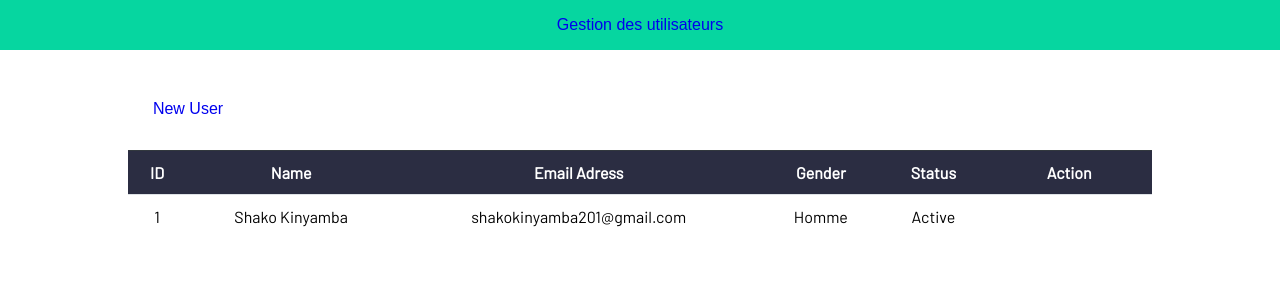
Repository: SKB-TECH/CrudMren
Page: http://localhost/
The author's editor kept a copy of each file at every save. The page is drawn from the files as they stood at one save, then again after the next save.
The browser window is 1280 px wide. The pictures show the whole page.
Some web fonts or font styles are not loaded; a fallback is used. The page is served by the project's Node server (server.js).

Above is the page before, as saved 2022-10-11 14:42:57.

### views/index.ejs
<!-- Includ header -->
    <%- include('./include/_header') %>
<!-- /included header -->
    <main id="site-main">
        <div class="container">
            <div class="box-nav d-flex-justify=between ">
                <a href="/add-user" class="border-shadow">
                    <span class="text-gradient"><i class="fas fa-user"></i> &nbsp; New User</span>
                </a>
            </div>


            <!-- Form handling -->
            <form action="/" method="POST">
                <table class="table">
                    <thead class="thead-dark">
                        <tr>
                            <th>ID</th>
                            <th>Name</th>
                            <th>Email Adress</th>
                            <th>Gender</th>
                            <th>Status</th>
                            <th>Action</th>
                        </tr>
                    <tbody>
                        <%- include('./include/_show') %>
                    </tbody>
                    </thead>
                </table>
            </form>
            <!-- /Form handling -->
        </div>
    </main>
<!-- Include footer -->
<%- include('./include/_footer') %>
<!-- /included footer-->

### views/include/_header.ejs
<!DOCTYPE html>
<html lang="en">
<head>
    <meta charset="UTF-8">
    <meta http-equiv="X-UA-Compatible" content="IE=edge">
    <meta name="viewport" content="width=device-width, initial-scale=1.0">
    <link rel="stylesheet" href="css/style.css">
    <title>CRUD APPLICATION</title>
</head>
<body>
    <!-- Header -->
    <header id="header">
        <nav>
            <div class="container">
                <div class="text-center">
                    <a href="/">Gestion des utilisateurs</a>
                </div>
            </div>
        </nav>
    </header>
    <!-- /Header -->

### views/include/_show.ejs
<tr>
    <td>1</td>
    <td>Shako Kinyamba</td>
    <td>shakokinyamba201@gmail.com</td>
    <td>Homme</td>
    <td>Active</td>
    <td>
        <a href="#" class="btn border-shadow update">
            <span class="text-gradient">
                <i class="fas fa-pencil-alt"></i>
            </span>
        </a>

        <a href="#" class="btn border-shadow delete">
            <span class="text-gradient">
                <i class="fas fa-times"></i>
            </span>
        </a>
    </td>
</tr>

### server.js
const express = require('express');
const dotenv = require('dotenv')
const morgan = require('morgan');
const bodyParse = require('body-parser')
const path = require('path');

const app = express();

//appele du dossier contenant notre variable d'environnemet PORT
dotenv.config({ path: "./config.env" })
const PORT = process.env.PORT || 8080

//les i(nfos des requetes
app.use(morgan('tiny'))

//convertion des requete en format Json
app.use(bodyParse.urlencoded({ extended: true }));

// determination du moteur de visualisation ejs sur le projet
app.set('view engine', 'ejs')
//le lien contenant les fichies ej
//app.set('view',path.resolve(__dirname,'/views/ejs'))

//disponibiliser les ressources du sites (style css,img,js)
app.use('/css', express.static(path.resolve(__dirname, './assets/css')))
app.use('/img', express.static(path.resolve(__dirname, './assets/img')))
app.use('/js', express.static(path.resolve(__dirname, './assets/js')))

app.get('/', (req, res) => {
    res.render('index')
})

app.listen(PORT, () => {
    console.log(`Pret au port  http://localhost:${PORT}`);
})

### assets/css/style.css
@import url('https://fonts.googleapis.com/css2?family=Barlow&family=PT+Sans&display=swap');

/* font-family: 'Barlow', sans-serif;
font-family: 'PT Sans', sans-serif; */

:root {
    --dark: #2b2d42;
    --light: #adb5bd;
    --border: #dee2e6;
    --border-btn: #edf2f4
}

* {
    padding: 0;
    margin: 0;
    box-sizing: border-box;
}

a {
    text-decoration: none;
    font-family: 'PT Sans', sans-serif;
}

.container {
    max-width: 1024px;
    margin: auto;
}

.nav-brand {
    font-size: 1.5em;
    font-weight: bold;
}

.d-flex {
    display: flex;
    flex-wrap: wrap;
}

.justify-between {
    justify-content: space-between;
}

.text-center {
    text-align: center;
}

.border-btn {
    border: 1px solid var(--border-btn);
    box-shadow: 1px 3px 10px #e9ecef;
}

.text-dark {
    color: var(--dark);
}

.inline {
    display: inline-block;
}

.text-light {
    color: var(--light)
}

#header nav {
    background-color: #06d6a0;
    padding: 1em 0;
    width: 100%;
}

#site-main {
    margin-top: 3em;
    font-family: 'Barlow', 'Sans-serif';
}

#site-main .container .box-nav>a {
    font-size: 1em;
    padding: 5em 1em;
}

#site-main .container form {
    margin: 2em 0;
}

table {
    border-spacing: 0px;
    width: 100%;
}

.table td,
.table th {
    padding: .75em;
    vertical-align: top;
    text-align: center;
    border-top: 1px solid var(--border);
}

.table td>a.btn {
    padding: 3em 1em;
    font-size: 1.1em;
    margin: 0.2em;
}

.table tr:hover {
    background-color: var(--border);
}

.table td:hover td>a {
    box-shadow: none;
}

.table .thead-dark th {
    color: #fff;
    background-color: var(--dark);
    border-color: #32383e;
}

.form-title {
    margin-top: 2em;
}

.form-title>h2 {
    padding: .5em 0;
}

.new_user {
    max-width: 786px;
    margin: auto;
}

#update_user .form-group,
#add_user .form-group {
    margin: .4em 0;
}

#update_user .form-group input[type="text"],
#add_user .form-group input[type="text"] {
    width: 100%;
    padding: .6em 1em;
    margin: .5em 0;
    border: 1px solid var(--border);
    font-size: 1em;
    font-family: 'Barlow', sans-serif;
    border-radius: .6em;
}

#update_user .form-group .radio,
#add_user .form-group .radio {
    margin: 1em 2em;
}

.radio input[text='radio']+.radio-label:before {
    content: "";
    background: var(--border-btn);
    border-radius: 100%;
    border: 1px solid var(--border);
    display: inline-block;
    width: 1em;
    height: 1em;
    position: relative;
    top: -0em;
    margin-right: .5em;
    vertical-align: top;
    cursor: pointer;
    text-align: center;
    -webkit-transform: all 250ms ease;
    transition: all 250ms ease;
}

.radio input[text='radio']:checked+.radio-label:before {
    background-color: #16db93;
    box-shadow: inset 0 0 0 4px #e9ecef;
}

.radio input[text='radio']:focus+.radio-label:before {
    outline: none;
    border-color: #16db93;
}

#update_user .form-group .btn,
#add_user .form-group .btn {
    width: 100%;
    padding: .7em 1em;
    background-color: #16db93;
    font-family: 'PT Sans', 'Sans serif';
    font-size: 1em;
    cursor: pointer;
    border-radius: .6em;
    margin: .5em 0;
}

#update_user .form-group .btn:hover,
#add_user .form-group .btn:hover {
    background-color: var(--dark);
    color: var(--border)
}

Loaded but not shown: views/include/_footer.ejs (common file)

After the next save:
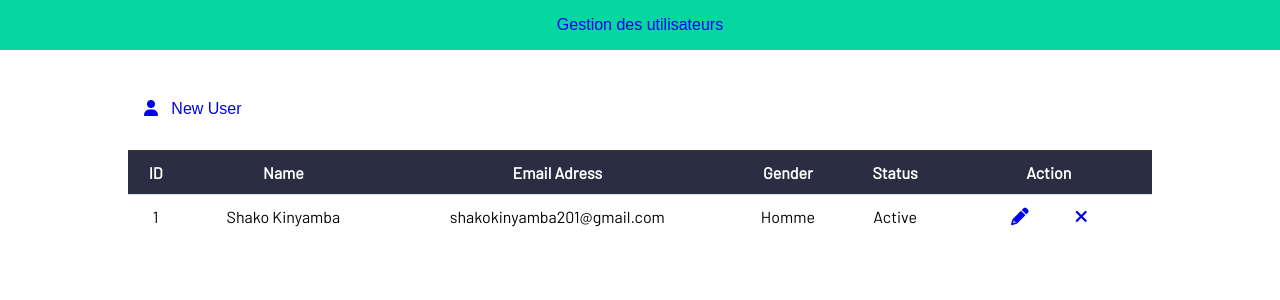
Saved 7 s later.
--- a/views/include/_header.ejs
+++ b/views/include/_header.ejs
@@ -3,6 +3,9 @@
 <head>
     <meta charset="UTF-8">
     <meta http-equiv="X-UA-Compatible" content="IE=edge">
+    <link rel="stylesheet" href="https://cdnjs.cloudflare.com/ajax/libs/font-awesome/6.2.0/css/all.min.css"
+    integrity="sha512-xh6O/CkQoPOWDdYTDqeRdPCVd1SpvCA9XXcUnZS2FmJNp1coAFzvtCN9BmamE+4aHK8yyUHUSCcJHgXloTyT2A=="
+    crossorigin="anonymous" referrerpolicy="no-referrer" />
     <meta name="viewport" content="width=device-width, initial-scale=1.0">
     <link rel="stylesheet" href="css/style.css">
     <title>CRUD APPLICATION</title>
